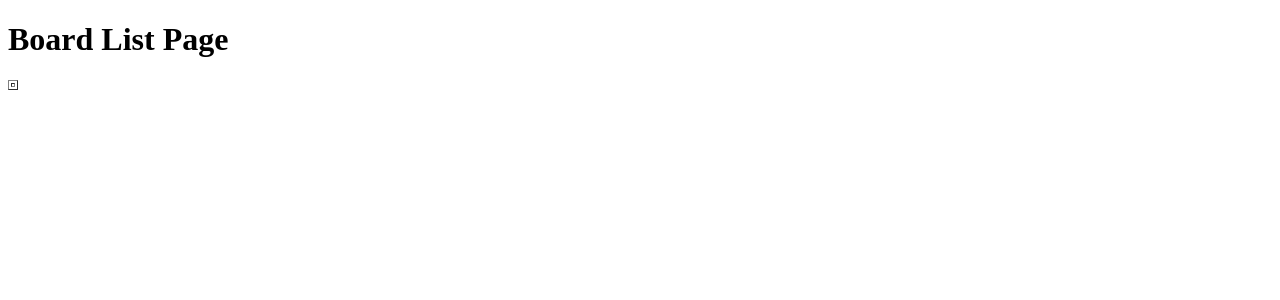
Repository: gatsby5959/_jsp_workspace_copy
Page: http://localhost/jsp_board/list.jsp
These files come from the project's save history. The page is drawn as it stood at one moment and after the next save; the edit follows.
The browser window is 1280 px wide. The pictures show the whole page.
The page is served by Tomcat 9.

Above is the page before, as saved 2023-09-05 10:23:48.

After the next save:
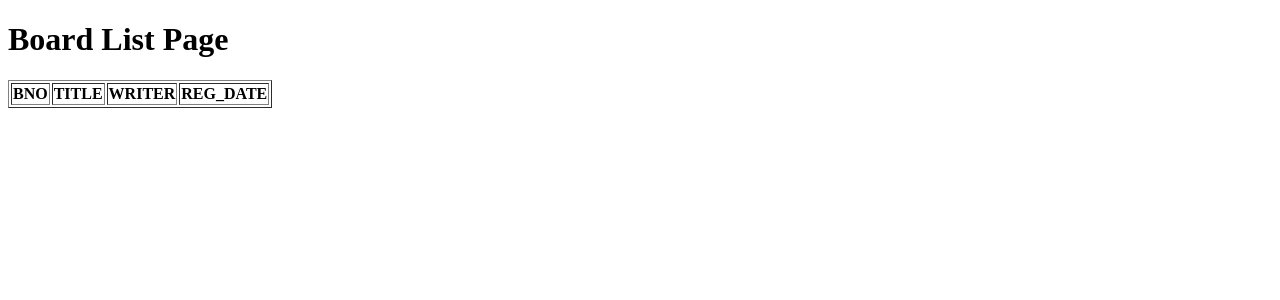
Saved 101 s later.
--- a/jsp_board/src/main/webapp/list.jsp
+++ b/jsp_board/src/main/webapp/list.jsp
@@ -10,8 +10,12 @@
 <h1>Board List Page</h1>
 <table border="1">
 	<tr>
-		<th></th>
+		<th>BNO</th>
+		<th>TITLE</th>
+		<th>WRITER</th>
+		<th>REG_DATE</th>
 	</tr>
+	<!-- DB의 전체 리스트를 반복 -->
 </table>
 </body>
 </html>
